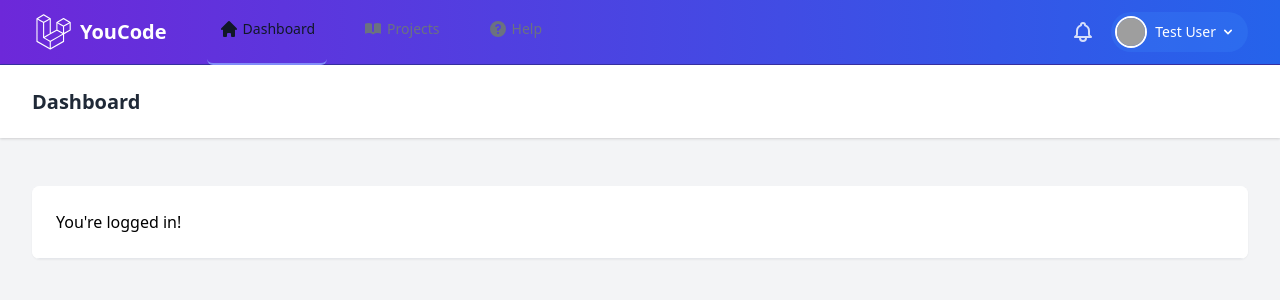
Repository: mohamedm999/Plateforme-de-Tests-d-Acceptation---YouCode-
Page: http://localhost/dashboard
The author's editor kept a copy of each file at every save. The page is drawn from the files as they stood at one save, then again after the next save.
The browser window is 1280 px wide. The pictures show the whole page.
Pictures or frames that could not be fetched are drawn as grey boxes. The page is served by the project's Laravel application, run on PHP 8.4 with Laravel 8. A made-up administrator, Test User (test@example.com), is signed in.

Above is the page before, as saved 2025-02-26 13:55:42.

After the next save:
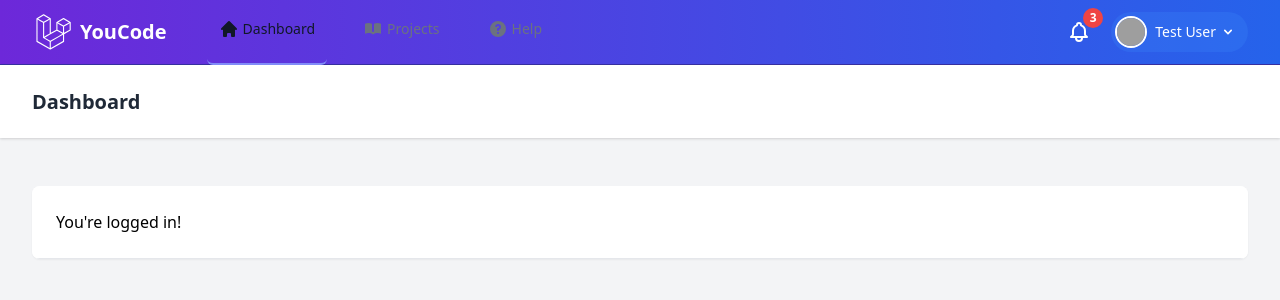
Saved 7 s later.
--- a/projet-evaluation/resources/views/layouts/navigation.blade.php
+++ b/projet-evaluation/resources/views/layouts/navigation.blade.php
@@ -31,8 +31,6 @@
                         <svg xmlns="http://www.w3.org/2000/svg" class="h-5 w-5 inline-block mr-1" viewBox="0 0 20 20" fill="currentColor">
                             <path fill-rule="evenodd" d="M18 10a8 8 0 11-16 0 8 8 0 0116 0zm-8-3a1 1 0 00-.867.5 1 1 0 11-1.731-1A3 3 0 0113 8a3.001 3.001 0 01-2 2.83V11a1 1 0 11-2 0v-1a1 1 0 011-1 1 1 0 100-2zm0 8a1 1 0 100-2 1 1 0 000 2z" clip-rule="evenodd" />
                         </svg>
-                            <path fill-rule="evenodd" d="M18 10a8 8 0 11-16 0 8 8 0 0116 0zm-8-3a1 1 0 00-.867.5 1 1 0 11-1.731-1A3 3 0 0113 8a3.001 3.001 0 01-2 2.83V11a1 1 0 11-2 0v-1a1 1 0 011-1 1 1 0 100-2zm0 8a1 1 0 100-2 1 1 0 000 2z" clip-rule="evenodd" />
-                        </svg>
                         {{ __('Help') }}
                     </x-nav-link>
                 </div>
@@ -41,12 +39,14 @@
             <!-- Settings Dropdown -->
             <div class="hidden sm:flex sm:items-center sm:ml-6">
                 <!-- Notifications -->
-                <button class="p-1 rounded-full text-white opacity-80 hover:opacity-100 hover:bg-blue-500 focus:outline-none focus:ring-2 focus:ring-blue-300 transition-all duration-200 mr-3">
+                <button class="p-2 rounded-full text-white hover:text-indigo-100 hover:bg-indigo-600 focus:outline-none focus:ring-2 focus:ring-indigo-300 transition-all duration-200 mr-3 relative">
                     <span class="sr-only">View notifications</span>
+                    <span class="absolute -top-1 -right-1 bg-red-500 text-white text-xs font-bold rounded-full h-5 w-5 flex items-center justify-center">3</span>
                     <svg class="h-6 w-6" xmlns="http://www.w3.org/2000/svg" fill="none" viewBox="0 0 24 24" stroke="currentColor" aria-hidden="true">
                         <path stroke-linecap="round" stroke-linejoin="round" stroke-width="2" d="M15 17h5l-1.405-1.405A2.032 2.032 0 0118 14.158V11a6.002 6.002 0 00-4-5.659V5a2 2 0 10-4 0v.341C7.67 6.165 6 8.388 6 11v3.159c0 .538-.214 1.055-.595 1.436L4 17h5m6 0v1a3 3 0 11-6 0v-1m6 0H9" />
                     </svg>
                 </button>
+
 
                 <x-dropdown align="right" width="48">
                     <x-slot name="trigger">
